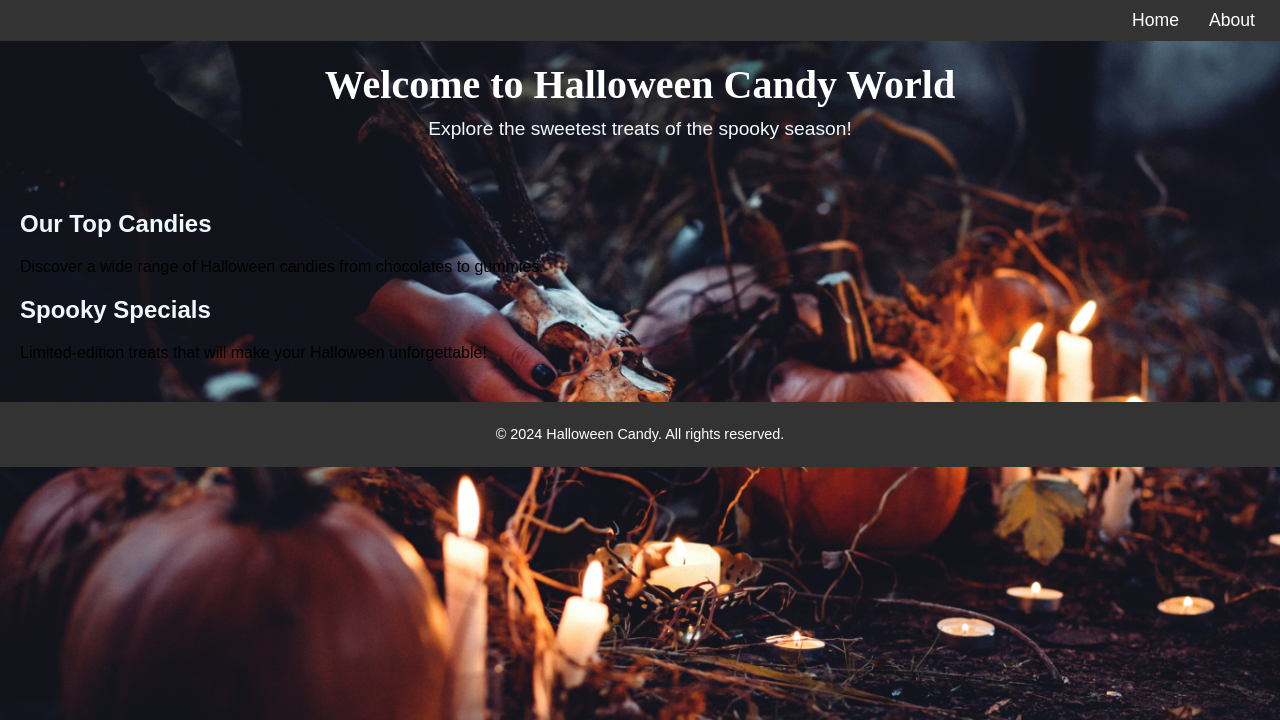
Repository: monicaifijeh/test2
Page: kyportfolio/src/indexHallo.html
The author's editor kept a copy of each file at every save. The page is drawn from the files as they stood at one save, then again after the next save.
The browser window is 1280 px wide. The pictures show the whole page.

Above is the page before, as saved 2024-12-20 17:28:57.

After the next save:
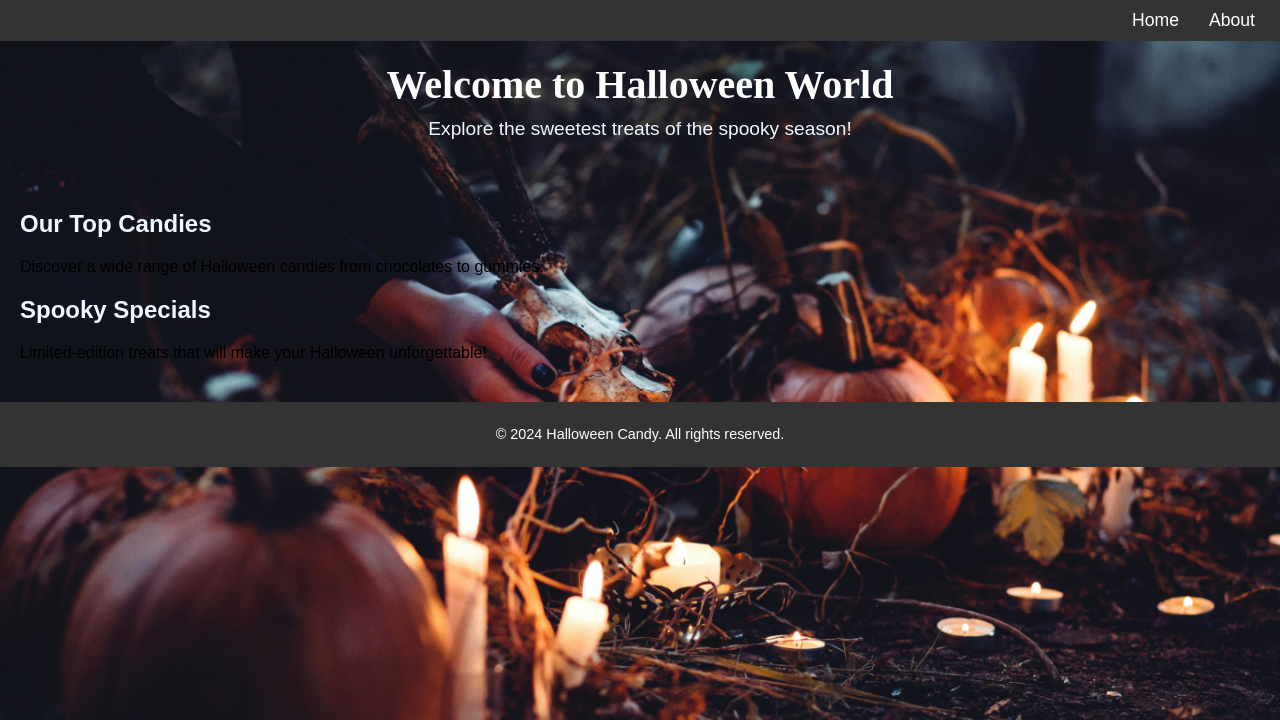
Saved 57 s later.
--- a/kyportfolio/src/indexHallo.html
+++ b/kyportfolio/src/indexHallo.html
@@ -14,7 +14,7 @@
       </ul>
     </nav>
     <header>
-      <h1>Welcome to Halloween Candy World</h1>
+      <h1>Welcome to Halloween World</h1>
       <p>Explore the sweetest treats of the spooky season!</p>
     </header>
     <main>
